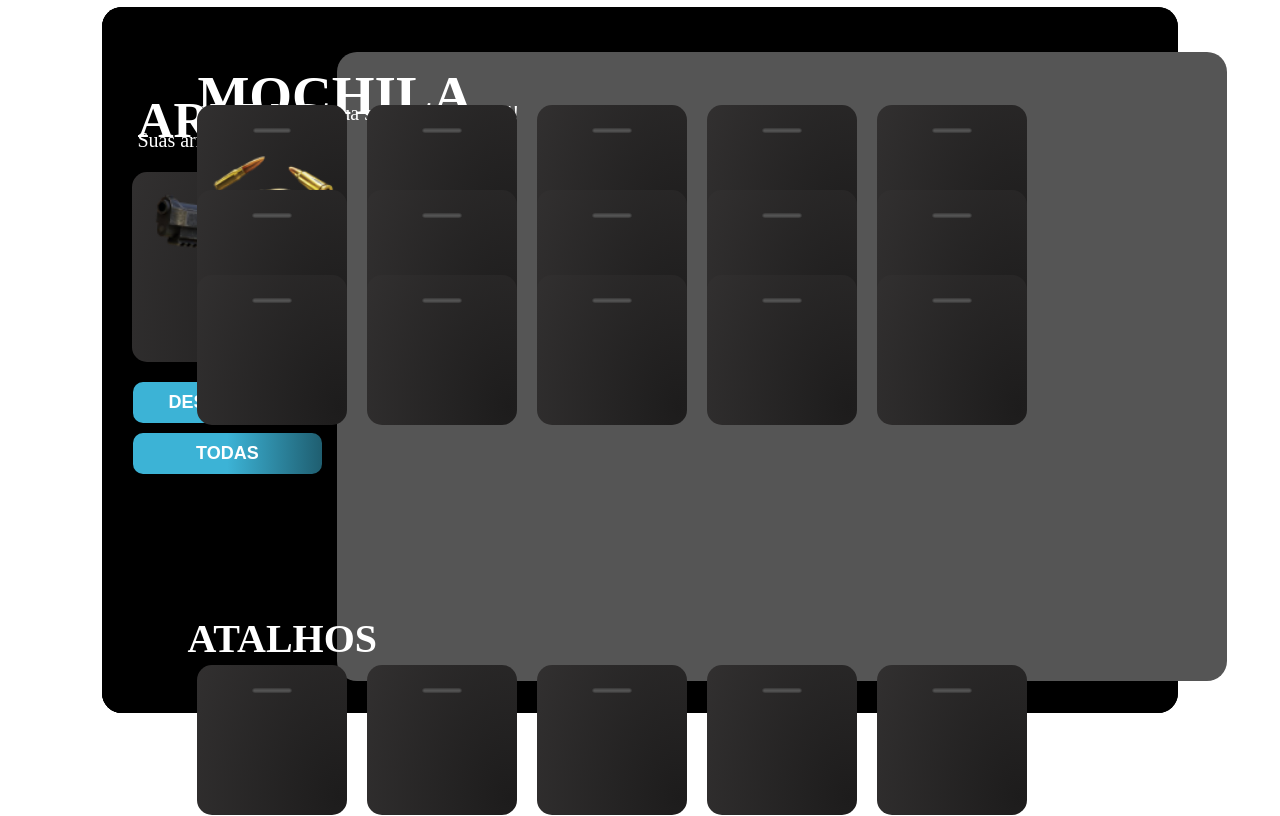
Repository: DuMCorrea/Mochila
Page: index.html
An editor plug-in stored every save of this project. The page is shown before and after the next save, followed by the edit.
The browser window is 1280 px wide. The pictures show the whole page.
Some web fonts or font styles are not loaded; a fallback is used.

Above is the page before, as saved 2024-09-02 23:22:23.

### index.html
<!DOCTYPE html>
<html lang="pt-BR">
<head>
    <meta charset="UTF-8">
    <meta name="viewport" content="width=device-width, initial-scale=1.0">
    <link href="https://fonts.googleapis.com/css2?family=Baloo+Bhai+2&display=swap" rel="stylesheet">
    <title>Modelo de Tela</title>
    <link rel="stylesheet" href="styles.css">
</head>
<body>
    <div class="container">
        <div class="background-rectangle">
            <div class="left-div">
                <div class="content-left">
                    <h1>ARMAS</h1>
                    <p>Suas armas equipadas!</p>
                    <div class="image-container">
                        <img src="assets/ARMA.png" alt="Imagem" />
                    </div>
                    <button class="desequipar-btn">DESEQUIPAR</button>
                    <button class="todas">TODAS</button>
                </div>
            </div>
            <div class="right-div">
                <div class="content-right">
                    <h1>MOCHILA</h1>
                    <p>Organize e distribua seus itens por aqui!</p>
                    <div class="squares-container">
                        <div class="square">
                            <img src="assets/traco.png" alt="Imagem" class="square-image-unic">
                            <img src="assets/balas.png" alt="Imagem" class="shots-image">
                        </div>
                        <div class="square">
                            <img src="assets/traco.png" alt="Imagem" class="square-image">
                        </div>
                        <div class="square">
                            <img src="assets/traco.png" alt="Imagem" class="square-image">
                        </div>
                        <div class="square">
                            <img src="assets/traco.png" alt="Imagem" class="square-image">
                        </div>
                        <div class="square">
                            <img src="assets/traco.png" alt="Imagem" class="square-image">
                        </div>
                    </div>
                    <!-- Segunda linha de quadrados -->
                    <div class="squares-containerr">
                        <div class="square">
                            <img src="assets/traco.png" alt="Imagem" class="square-image">
                        </div>
                        <div class="square">
                            <img src="assets/traco.png" alt="Imagem" class="square-image">
                        </div>
                        <div class="square">
                            <img src="assets/traco.png" alt="Imagem" class="square-image">
                        </div>
                        <div class="square">
                            <img src="assets/traco.png" alt="Imagem" class="square-image">
                        </div>
                        <div class="square">
                            <img src="assets/traco.png" alt="Imagem" class="square-image">
                        </div>
                    </div>

                    <!-- Terceira linha de quadrados -->
                    <div class="squares-containerrr">
                        <div class="square">
                            <img src="assets/traco.png" alt="Imagem" class="square-image">
                        </div>
                        <div class="square">
                            <img src="assets/traco.png" alt="Imagem" class="square-image">
                        </div>
                        <div class="square">
                            <img src="assets/traco.png" alt="Imagem" class="square-image">
                        </div>
                        <div class="square">
                            <img src="assets/traco.png" alt="Imagem" class="square-image">
                        </div>
                        <div class="square">
                            <img src="assets/traco.png" alt="Imagem" class="square-image">
                        </div>
                        </div>
                        <h2 class="atalhos-title">ATALHOS</h2>
                        <div class="shortcuts-container">
                            <div class="square">
                                <img src="assets/traco.png" alt="Imagem" class="square-image">
                            </div>
                            <div class="square">
                                <img src="assets/traco.png" alt="Imagem" class="square-image">
                            </div>
                            <div class="square">
                                <img src="assets/traco.png" alt="Imagem" class="square-image">
                            </div>
                            <div class="square">
                                <img src="assets/traco.png" alt="Imagem" class="square-image">
                            </div>
                            <div class="square">
                                <img src="assets/traco.png" alt="Imagem" class="square-image">
                            </div>
                        </div>

                        </div>
                        </div>
                        </div>
                        </div>
                        </body>

                        </html>

### styles.css
body, html {
    margin: 0;
    padding: 0;
    width: 100%;
    height: 100%;
    display: flex;
    justify-content: center;
    align-items: center;
    background-color: white; /* Fundo preto para o body */
    font-family: 'Baloo Bhai 2', cursive; /* Aplicando a fonte Baloo Bhai */
}

.container {
    width: 84%; /* Largura da div principal */
    height: 98%; /* Altura da div principal */
    display: flex;
    justify-content: center;
    align-items: center;
    background-color: #000000; /* Fundo preto para a div principal */
    border-radius: 20px; /* Canto arredondado */
    font-family: 'Baloo Bhai 2', cursive; /* Aplicando a fonte Baloo Bhai */
}

.background-rectangle {
    width: 100%;
    height: 100%;
    background: #000000; /* Fundo preto para o retângulo principal */
    border-radius: 20px; /* Cantos arredondados */
    display: flex;
}

.left-div {
    width: 22%; /* 25% da largura da tela */
    height: 100%;
    background-color: #000000; /* Fundo preto para a div esquerda */
    display: flex;
    justify-content: center;
    align-items: center;
    border-radius: 20px 0 0 20px; /* Canto arredondado à esquerda */
    font-family: 'Baloo Bhai 2', cursive; /* Aplicando a fonte Baloo Bhai */
}

.right-div {
    width: calc(110% - 20px); /* 73% da largura da tela menos a margem */
    height: calc(92% - 20px); /* 95% da altura menos a margem */
    background-color: #555555; /* Fundo cinza para a div direita */
    display: flex;
    justify-content: center;
    align-items: center;
    margin: 45px; /* Margem em torno da div da direita */
    border-radius: 20px; /* Cantos arredondados */
    font-family: 'Baloo Bhai 2', cursive; /* Aplicando a fonte Baloo Bhai */
}


/* DIV DA ESQUERDA */

.content-left {
    text-align: justify; /* Justifica o texto */
    display: flex;
    flex-direction: column;
    justify-content: flex-start; /* Alinha os elementos ao topo da div */
    align-items: center; /* Centraliza horizontalmente */
    height: 100%; /* Ocupa toda a altura da div esquerda */
    padding-top: 100px; /* Adiciona um espaçamento do topo */
}

.left-div h1 {
    color: white; /* Cor branca para o título */
    font-size: 50px; /* Tamanho da fonte do título */
    margin-bottom: -20px; /* Espaçamento negativo para aproximar o parágrafo */
    font-weight: 900;
    width: 100%; /* Para garantir que a justificação funcione */
    text-align: justify; /* Justifica o texto do título */
    position: relative;
    left: 35px;
}

.left-div p {
    color: white; /* Cor branca para a frase */
    font-size: 20px; /* Tamanho da fonte da frase */
    margin-top: 0; /* Remove a margem superior do parágrafo */
    width: 100%; /* Para garantir que a justificação funcione */
    text-align: justify; /* Justifica o texto da frase */
    font-weight: 100;
    position: relative;
    left: 35px;
}

.image-container {
    width: 190px; /* Largura do quadrado */
    height: 190px; /* Altura do quadrado */
    background: radial-gradient(547.21% 823.76% at 94.51% 88.04%, #1D1C1C 0%, #837E7E 100%); /* Fundo com gradiente */
    border-radius: 15px; /* Borda arredondada */
    display: flex;
    justify-content: center;
    align-items: center;
    margin-top: 0px; /* Espaçamento acima da imagem */
    position: relative;
    left: 30px;
}

.image-container img {
    width: 85%; /* Ajusta o tamanho da imagem para caber no container */
    height: 85%; /* Ajusta o tamanho da imagem para caber no container */
    border-radius: 15px; /* Borda arredondada da imagem para combinar com o container */
}

.desequipar-btn {
    margin-top: 20px; /* Espaçamento acima do botão */
    padding: 10px 20px; /* Espaçamento interno do botão */
    background: linear-gradient(90deg, #3CB3D6 49.9%, #1F5E70 100%); /* Fundo com gradiente */
    color: white; /* Cor do texto */
    font-size: 18px; /* Tamanho da fonte */
    font-weight: bold; /* Negrito no texto */
    border: none; /* Remove a borda padrão do botão */
    border-radius: 10px; /* Bordas arredondadas */
    cursor: pointer; /* Cursor de ponteiro ao passar o mouse */
    text-align: center; /* Centraliza o texto no botão */
    width: 189px; /* Largura do botão */
    position: relative;
    left: 30px;
}

.todas {
    margin-top: 10px; /* Espaçamento acima do botão */
    padding: 10px 20px; /* Espaçamento interno do botão */
    background: linear-gradient(90deg, #3CB3D6 49.9%, #1F5E70 100%); /* Fundo com gradiente */
    color: white; /* Cor do texto */
    font-size: 18px; /* Tamanho da fonte */
    font-weight: bold; /* Negrito no texto */
    border: none; /* Remove a borda padrão do botão */
    border-radius: 10px; /* Bordas arredondadas */
    cursor: pointer; /* Cursor de ponteiro ao passar o mouse */
    text-align: center; /* Centraliza o texto no botão */
    width: 189px; /* Largura do botão */
    position: relative;
    left: 30px;
}


/* DIV DA DIREITA */


.content-right {
    display: flex;
    flex-direction: column;
    justify-content: flex-start; /* Alinha os elementos ao topo da div */
    align-items: flex-start; /* Alinha os elementos à esquerda */
    height: 100%; /* Ocupa toda a altura da div direita */
    padding: 20px; /* Adiciona um espaçamento interno */
}

.right-div h1 {
    color: white; /* Cor branca para o título */
    font-size: 55px; /* Tamanho da fonte do título */
    margin-bottom: -20px; /* Espaçamento negativo para aproximar o parágrafo */
    font-weight: 900;
    width: 100%; /* Para garantir que a justificação funcione */
    text-align: left; /* Alinha o texto à esquerda */
    position: relative; /* Posicionamento relativo para o elemento abaixo */
    right: 160px;
    bottom: 25px;
}

.right-div p {
    color: white; /* Cor branca para a frase */
    font-size: 20px; /* Tamanho da fonte da frase */
    margin-top: 0; /* Remove a margem superior do parágrafo */
    width: 100%; /* Para garantir que a justificação funcione */
    text-align: left; /* Alinha o texto à esquerda */
    font-weight: 100;
    position: relative; /* Posicionamento relativo para o elemento abaixo */
    right: 160px;
    bottom: 30px;
}

.squares-container {
    display: flex; /* Exibe os quadrados em linha */
    justify-content: center; /* Centraliza os quadrados horizontalmente */
    align-items: center; /* Centraliza os quadrados verticalmente */
    width: 100%; /* Largura total para o contêiner */
    height: 50%; /* Altura do contêiner */
    position: relative;
    right: 170px;
    bottom: 70px;
}

.squares-containerr {
    display: flex; /* Exibe os quadrados em linha */
    justify-content: center; /* Centraliza os quadrados horizontalmente */
    align-items: center; /* Centraliza os quadrados verticalmente */
    width: 100%; /* Largura total para o contêiner */
    height: 50%; /* Altura do contêiner */
    position: relative;
    right: 170px;
    bottom: 135px;

}
.squares-containerrr {
    display: flex; /* Exibe os quadrados em linha */
    justify-content: center; /* Centraliza os quadrados horizontalmente */
    align-items: center; /* Centraliza os quadrados verticalmente */
    width: 100%; /* Largura total para o contêiner */
    height: 50%; /* Altura do contêiner */
    position: relative;
    right: 170px;
    bottom: 200px;
}

.square {
    width: 150px; /* Largura dos quadrados */
    height: 150px; /* Altura dos quadrados */
    background: radial-gradient(547.21% 823.76% at 94.51% 88.04%, #1D1C1C 0%, #837E7E 100%); /* Gradiente de fundo */
    border-radius: 15px; /* Bordas arredondadas */
    margin: 0 10px 0px 10px; /* Espaçamento entre os quadrados e entre as linhas */
    display: flex;
    justify-content: center; /* Centraliza horizontalmente o conteúdo */
    align-items: center; /* Centraliza verticalmente o conteúdo */
}

.square-image {
    width: 40px; /* Tamanho da imagem dentro dos quadrados */
    height: 5px;
    position: relative;
    bottom: 50px;
}

.square-image-unic {
    width: 40px; /* Tamanho da imagem dentro dos quadrados */
    height: 5px;
    position: relative;
    bottom: 50px;
    left: 67px;
}

.shots-image {
    width: 90%; /* Tamanho da imagem dentro dos quadrados */
    height: 60%;
    position: relative;
    top: 20px;
    right: 20px;
}

.atalhos-title {
    color: white;
    font-size: 40px;
    font-weight: 900;
    margin-top: 20px;
    text-align: center;
    position: relative;
    right: 170px;
    bottom: 30px;
}

.shortcuts-container {
    display: flex;
    justify-content: center;
    align-items: center;
    width: 100%;
    position: relative;
    right: 170px;
    bottom: 60px;
}

After the next save:
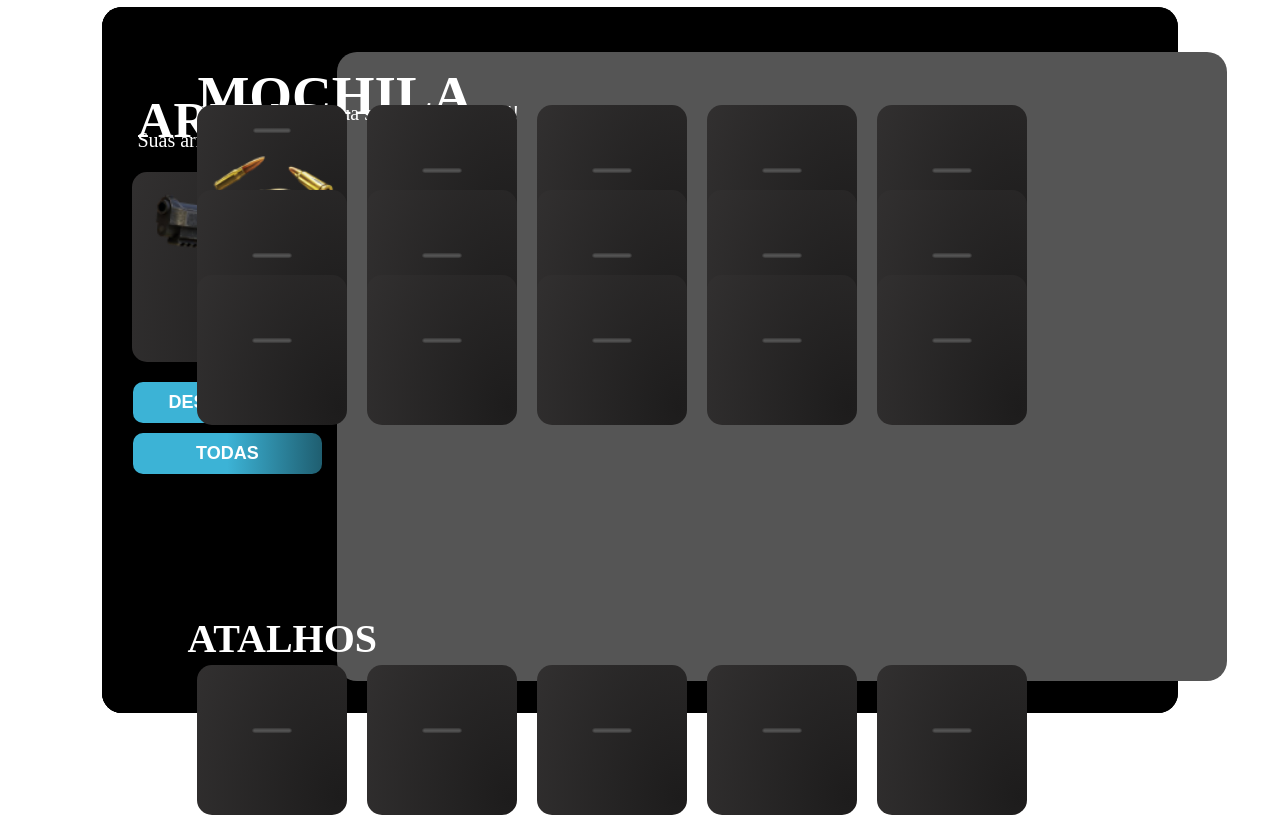
Saved 20 s later.
--- a/styles.css
+++ b/styles.css
@@ -223,7 +223,7 @@
     width: 40px; /* Tamanho da imagem dentro dos quadrados */
     height: 5px;
     position: relative;
-    bottom: 50px;
+    bottom: 10px;
 }
 
 .square-image-unic {

After the save that followed:
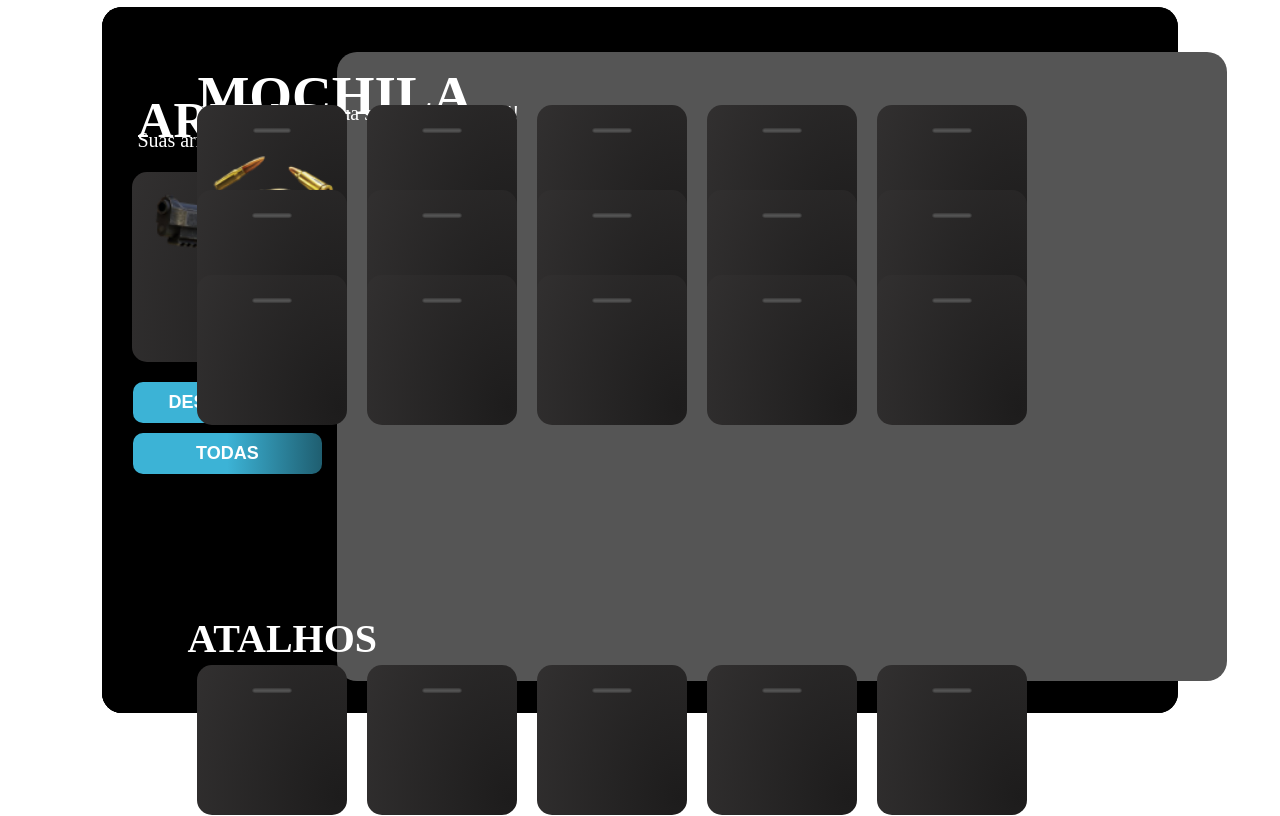
Saved 5 s later.
--- a/styles.css
+++ b/styles.css
@@ -223,7 +223,7 @@
     width: 40px; /* Tamanho da imagem dentro dos quadrados */
     height: 5px;
     position: relative;
-    bottom: 10px;
+    bottom: 50px;
 }
 
 .square-image-unic {
